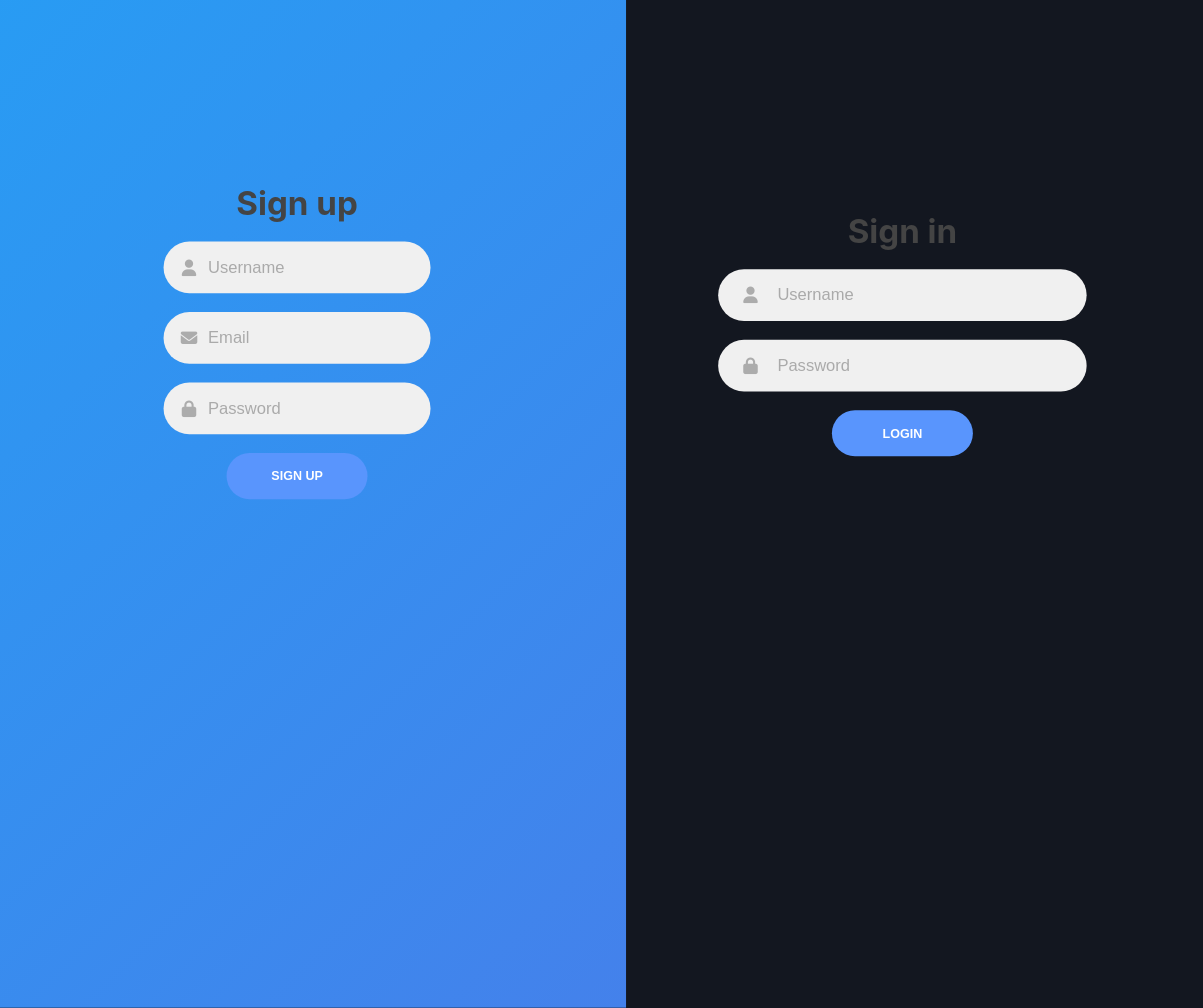
Repository: sarfaraz1611/NitteMovie.github.io
Page: login.html
An editor plug-in stored every save of this project. The page is shown before and after the next save, followed by the edit.
The browser window is 1280 px wide. The pictures show the whole page, at 94% of full size.
Some web libraries are served in a nearby version.

Above is the page before, as saved 2022-07-16 00:00:25.

### login.html
<!DOCTYPE html>
<html lang="en">

<head>
    <meta charset="UTF-8" />
    <meta name="viewport" content="width=device-width, initial-scale=1.0" />
    <script src="https://kit.fontawesome.com/64d58efce2.js" crossorigin="anonymous"></script>
    <link rel="stylesheet" href="./assets/css/main.css" />
    <title>nittemovies</title>
</head>

<body>
    <div class="container">

            <div class="signin-signup">
                <form action="" class="sign-in-form">
                    <h2 class="title">Sign in</h2>
                    <div class="input-field">
                        <i class="fas fa-user"></i>
                        <input type="text" placeholder="Username" />
                    </div>
                    <div class="input-field">
                        <i class="fas fa-lock"></i>
                        <input type="password" placeholder="Password" />
                    </div>
                    <input type="submit" value="Login" class="btn solid" />

                </form>

            </div>


        <div class="panels-container">
            <div class="panel left-panel">
                                   <form action="#" class="">
                        <h2 class="title">Sign up</h2>
                        <div class="input-field">
                            <i class="fas fa-user"></i>
                            <input type="text" placeholder="Username" />
                        </div>
                        <div class="input-field">
                            <i class="fas fa-envelope"></i>
                            <input type="email" placeholder="Email" />
                        </div>
                        <div class="input-field">
                            <i class="fas fa-lock"></i>
                            <input type="password" placeholder="Password" />
                        </div>
                        <input type="submit" class="btn" value="Sign up" />

                    </form>
                </div>
            </div>



    </div>


</body>

</html>

### assets/css/main.css
:root {
  --live-indicator-shadow: hsla(0, 79%, 63%, 0.5);
  --rich-black-fogra-30:   hsl(219, 32%, 10%);
  --rich-black-fogra-29:   hsl(222, 25%, 10%);
  --oxford-blue-50:        hsla(218, 39%, 14%, 0.8);
  --oxford-blue:           hsl(218, 39%, 14%);
  --light-azure:           hsl(214, 84%, 56%);
  --off-white:             hsl(0, 0%, 88%);
  --white:                 hsl(0, 0%, 100%);
  --azure:                 hsl(211, 100%, 50%);



  --ff-inter: "Inter", sans-serif;

  --section-heading: 40px;



  --px: 50px;

}
@media only screen and (max-width: 1026px) {
  .banner {
      display: none;
  }
}



* {
  margin: 0;
  padding: 0;
  transition: all 0.5s ease;
}

h1, h2, h3, h4, h5, h6 { color: var(--white); }

html { font-family: var(--ff-inter); }

body {
  background: var(--rich-black-fogra-29);
  color: var(--off-white);
}
img {
  display: block;
  width: 100%;
  height: 100%;
  object-fit: cover;
}
a {
  text-decoration: none;
  display: block;
  color: var(--off-white);
}

header, nav { background: var(--rich-black-fogra-29); }

.navbar,
.banner,
.movies,
.category {
  padding: 0 var(--px);
}









.navbar {
  height: 100px;
  display:         flex;
  justify-content: space-between;
  align-items:     center;
}

.navbar-brand{width:251px;}




nav { margin-right: 250px; }

.navbar-nav { display: flex; }

.navbar-nav li{ margin-right: 60px; }

.navbar-link {
  font-size: var(--fs-sm);
  font-weight: var(--fw-5);
}

.navbar-link:hover { color: var(--light-azure); }




/* .navbar-signin {
  display:     flex;
  align-items: center;
  font-size: var(--fs-sm);
}



.navbar-signin:hover span { color: var(--light-azure); } */


.banner { margin-bottom: 60px; }

.banner-card {
  position: relative;
  height: 400px;
  overflow: hidden;
  border-radius: 20px;
  cursor: pointer;
}


.banner-img { object-position: top; }

.banner-card:hover .banner-img { transform: scale(1.1); }

.banner-card .card-content {
  position: absolute;
  right:  80px;
  bottom: 60px;
  left:   80px;
}

.banner-card .card-info {
  display:     flex;
  align-items: center;
  margin-bottom: 20px;
}

.banner-card .card-info div {
  display:     flex;
  align-items: center;
  margin-right: 20px;
}






.banner-card .card-title {
  font-size: 3em;
  color: var(--white);
  text-shadow: 2px 0 2px #0007;
}





.movies { margin-bottom: 60px; }








.movies-grid {
  display: grid;
  grid-template-columns: repeat(auto-fill, minmax(140px, 1fr));
  gap: 30px;
  margin-bottom: 60px;
}






.movie-card .card-head {
  position: relative;
  height: 250px;
  border-radius: 15px;
  margin-bottom: 15px;
  overflow: hidden;
}




.movie-card:hover .card-img { transform: scale(1.1); }





.movie-card .card-title {
  font-size: var(--fs-md);
  font-weight: var(--fw-5);
  margin-bottom: 5px;
}



.movie-card:hover .card-title { color: var(--light-azure); }




.movie-card .genre { margin-right: 8px; }
.play-card{
  padding-left:50px;
  padding-right:50px;
}








.category { margin-bottom: 60px; }

.category-grid {
  margin-top:25px;
  display: grid;
  grid-template-columns: repeat(4, 1fr);
  gap: 30px;
}

.category-card {
  position: relative;
  height: 150px;
  border-radius: 20px;
  overflow: hidden;
  cursor: pointer;
}



.category-card:hover .card-img { transform: scale(1.1); }

.category-card .name,
.category-card .total {
  position: absolute;
  bottom: 20px;
  color: var(--white);
  z-index: 20;
}

.category-card .name {
  left: 20px;
  font-size: 20px;
}



.category-card:hover .name { color: var(--light-azure); }



// login styles



.containers {
  position: relative;
  width: 100%;

  min-height: 100vh;
  overflow: hidden;
}



 .signin-signup {
  position: absolute;
  top: 50%;
  transform: translate(-50%, -50%);
  left: 75%;
  width: 50%;
  /* transition: 1s 0.7s ease-in-out; */
  /* display: grid; */
  /* grid-template-columns: 1fr; */
  /* z-index: 5; */
}
form {
  display: flex;
  align-items: center;
  justify-content: center;
  flex-direction: column;
  padding: 0rem 5rem;
  transition: all 0.2s 0.7s;
  overflow: hidden;
  grid-column: 1 / 2;
  grid-row: 1 / 2;
}



.title {
  font-size: 2.2rem;
  color: #444;
  margin-bottom: 10px;
}

.input-field {
  max-width: 380px;
  width: 100%;
  background-color: #f0f0f0;
  margin: 10px 0;
  height: 55px;
  border-radius: 55px;
  display: grid;
  grid-template-columns: 15% 85%;
  padding: 0 0.4rem;
  position: relative;
}

.input-field i {
  text-align: center;
  line-height: 55px;
  color: #acacac;
  transition: 0.5s;
  font-size: 1.1rem;
}

.input-field input {
  background: none;
  outline: none;
  border: none;
  line-height: 1;
  font-weight: 600;
  font-size: 1.1rem;
  color: #333;
}

.input-field input::placeholder {
  color: #aaa;
  font-weight: 500;
}







.btn {
  width: 150px;
  background-color: #5995fd;
  border: none;
  height: 49px;
  border-radius: 49px;
  color: #fff;
  text-transform: uppercase;
  font-weight: 600;
  margin: 10px 0;
  cursor: pointer;
  transition: 0.5s;
}

.btn:hover {
  background-color: #4d84e2;
}

.panels-container {
  position: absolute;
  height: 100%;
  width: 100%;
  top: 0;
  left: 0;
  display: grid;
  grid-template-columns: repeat(2, 1fr);
}

 .container:before {
  content: "";
  position: absolute;
  height: 2000px;
  width: 2000px;
  top: 10%;
  right: 48%;
  transform: translateY(-50%);
  background-image: linear-gradient(-45deg, #4481eb 0%, #04befe 100%);
  /* transition: 1.8s ease-in-out; */
  /* border-radius: 50%; */
  z-index: 2;
}


.panel {
  display: flex;
  flex-direction: column;
  align-items: flex-end;
  justify-content: space-around;
  text-align: center;
  z-index: 3;
  padding: 3rem 17% 2rem 12%;
} */

After the next save:
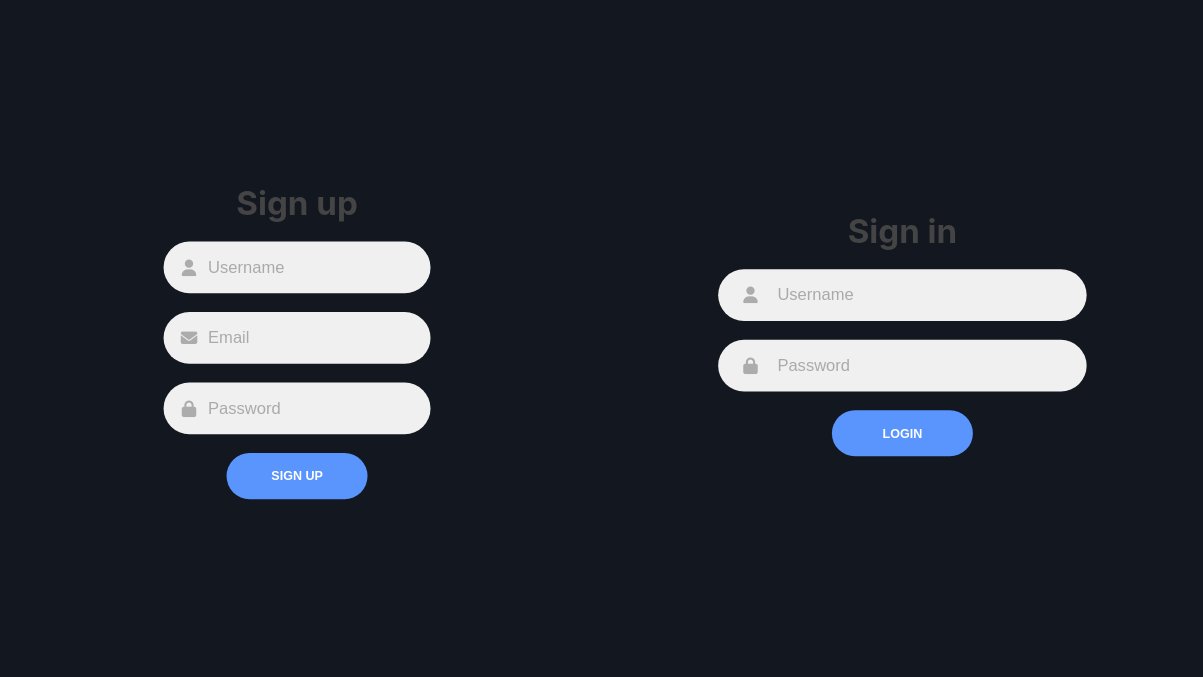
Saved 4 s later.
--- a/assets/css/main.css
+++ b/assets/css/main.css
@@ -378,19 +378,7 @@ form {
   grid-template-columns: repeat(2, 1fr);
 }
 
- .container:before {
-  content: "";
-  position: absolute;
-  height: 2000px;
-  width: 2000px;
-  top: 10%;
-  right: 48%;
-  transform: translateY(-50%);
-  background-image: linear-gradient(-45deg, #4481eb 0%, #04befe 100%);
-  /* transition: 1.8s ease-in-out; */
-  /* border-radius: 50%; */
-  z-index: 2;
-}
+
 
 
 .panel {
